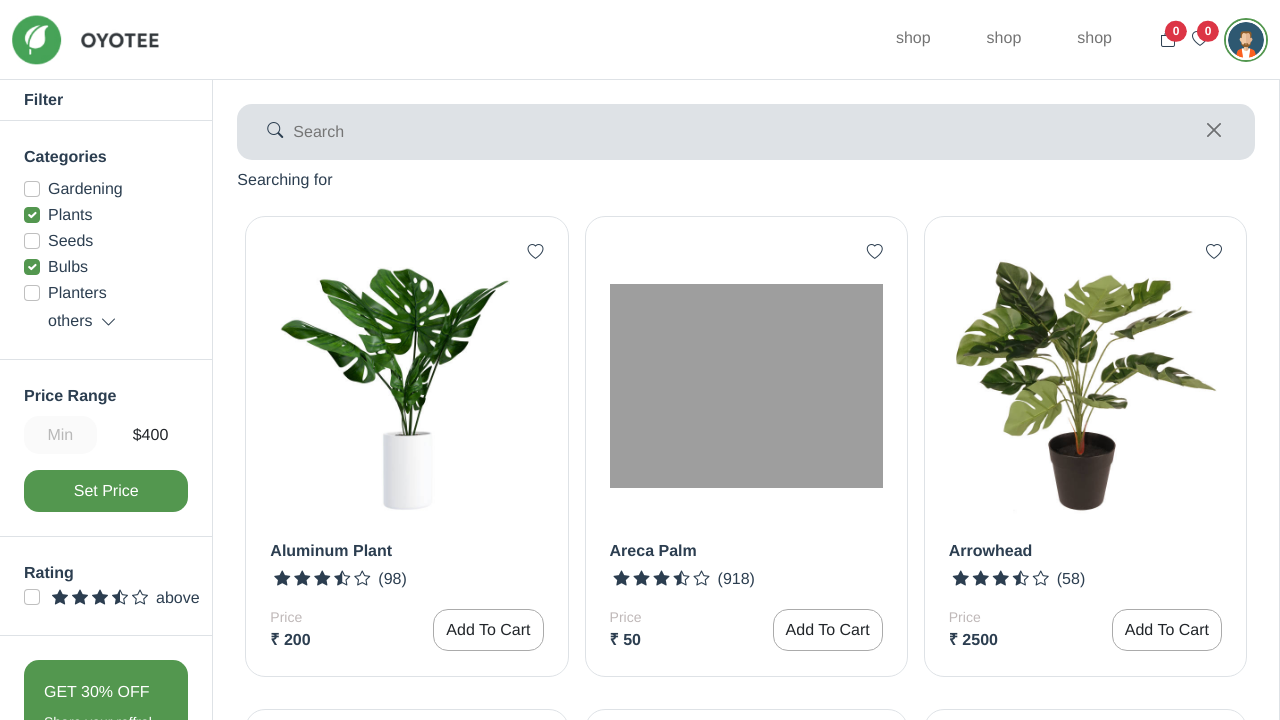
Repository: arpitaWebD/PlantShopping
Page: /
These files come from the project's save history. The page is drawn as it stood at one moment and after the next save; the edit follows.
The browser window is 1280 px wide. The pictures show the whole page.
Pictures or frames that could not be fetched are drawn as grey boxes. An inner scrolling area shows only its first screen. Some web libraries are served in a nearby version. The project was rebuilt for these pictures with package versions that can differ from the ones it lists, and the page was loaded fresh each time. Also part of the build but not shown: src/components/ProductPreview.vue, src/views/AddToCart.vue, src/views/WishList.vue, src/components/Login.vue.

Above is the page before, as saved 2022-01-24 15:24:16.

### index.html
<!DOCTYPE html>
<html lang="en">
<head>
  <meta charset="UTF-8">
  <link rel="icon" href="/favicon.ico" />
  <meta name="viewport" content="width=device-width, initial-scale=1.0">
  <!-- bootstrap -->
  <link href="https://cdn.jsdelivr.net/npm/bootstrap@5.1.3/dist/css/bootstrap.min.css" rel="stylesheet"
    integrity="sha384-1BmE4kWBq78iYhFldvKuhfTAU6auU8tT94WrHftjDbrCEXSU1oBoqyl2QvZ6jIW3" crossorigin="anonymous" />
  <!--icons -->
  <link rel="stylesheet" href="https://cdn.jsdelivr.net/npm/bootstrap-icons@1.7.1/font/bootstrap-icons.css" />
  <link rel="stylesheet" href="./src/index.css">
  <title>Vite App</title>
</head>
<body>
  <div id="app"></div>
  <script src="https://cdn.jsdelivr.net/npm/bootstrap@5.0.2/dist/js/bootstrap.bundle.min.js"
    integrity="sha384-MrcW6ZMFYlzcLA8Nl+NtUVF0sA7MsXsP1UyJoMp4YLEuNSfAP+JcXn/tWtIaxVXM" crossorigin="anonymous"></script>
  <script type="module" src="/src/main.js"></script>
</body>
</html>

### src/index.css
#app {
  font-family: Avenir, Helvetica, Arial, sans-serif;
  -webkit-font-smoothing: antialiased;
  -moz-osx-font-smoothing: grayscale;
  color: #2c3e50;
  height: 100vh;
}

body {
  margin: 0;
  height: 100vh;
}

/* color code */
:root {
  --green: #175b19;
  --secondary-color: #ffc327;
  --light-gray: #f6f6f6;
  --dark-gray: #485853;
  --primary-color: #53974f;
  --dark-green: #08220e;
  --light-green: #abb3a3;
  --brown: #957f65;
}

a {
  text-decoration: none;
  color: #2c3e50;
}

.primary-btn {
  width: 100%;
  border-radius: 15px;
  color: #fff;
  background: #53974f;
  line-height: 1;
  height: 42px;
  text-transform: capitalize;
  display: flex;
  justify-content: center;
  align-items: center;
}

.primary-btn:hover {
  color: #fff;
}

.primary-btn.yellow-btn {
  background: #ffc327;
  color: var(--dark-gray);
}

.secondary-btn {
  width: 100%;
  border-radius: 15px;
  border: 1px solid #ababab;
  line-height: 1;
  height: 42px;
  text-transform: capitalize;
  display: flex;
  justify-content: center;
  align-items: center;
  cursor: pointer;
  font-weight: 500;
}

.secondary-btn:hover,
.secondary-btn.active {
  color: #fff;
  background: #53974f;
}

.secondary-btn:hover a,
.secondary-btn.active a {
  color: #fff;
}

.btn-check:focus+.btn,
.btn:focus {
  box-shadow: none;
}

.form-check-input:checked {
  background-color: #53974f;
  border-color: #53974f;
}

.form-check-input:checked+.form-check-label {
  font-weight: 500;
}

input:focus {
  outline: 0;
}

/* header */
.header {
  height: 80px;
}

.header .logo {
  height: 50px;
}

.n-links li {
  color: #ababab;
  height: 100%;
  display: flex;
  align-items: center;
  margin-right: 40px;
  cursor: pointer;
  border-bottom: 3px solid transparent;
}

.n-links li.active {
  color: #000;
  border-bottom: 3px solid #53974f;
}

.cart-icon {
  position: relative;
  cursor: pointer;
}

.cart-icon .cart-badge {
  position: absolute;
  background: #dc3545;
  color: #fff;
  border-radius: 100%;
  height: 17px;
  width: 17px;
  font-size: 10px;
  display: flex;
  align-items: center;
  justify-content: center;
  right: -5px;
  bottom: 0;
  border: 2px solid #fff;
}

.avatar-icon {
  border: 2px solid #53974f;
  border-radius: 100%;
}

.avatar-icon img {
  border: 2px solid #fff;
  border-radius: 100%;
}

/* left sidebar */
.left-sidebar .left-sidebar-header {
  text-transform: capitalize;
  font-weight: 600;
  text-align: left;
  display: block;
}

.disable-btn {
  background: #fafafa;
  border-radius: 15px;
  display: flex;
  justify-content: center;
  align-items: center;
  text-transform: capitalize;
  color: #b8b8b8;
}

.discount-card {
  background-color: #53974f;
  border-radius: 15px;
  padding: 20px;
  color: #fff;
}

.discount-card .title {
  font-weight: 500;
  text-transform: uppercase;
}

.sub-title {
  font-size: 14px;
}

/* main */
.search-icon {
  border-radius: 15px;
  background: #dee2e6;
  padding: 15px 30px;
}

.search-icon-round {
  border-radius: 15px 15px 0 0;
}

.search-icon input {
  background-color: transparent;
}

.product-card {
  border: 1px solid #ababab;
  border-radius: 20px;
  position: relative;
  background-color: #fff;
  cursor: pointer;
}

.product-card img {
  height: 290px;
  width: 100%;
  object-fit: contain;
}

.add-product img {
  height: 90px;
}

.product-card .img-section {
  position: relative;
}

.product-card .img-section .like-icon {
  position: absolute;
  right: 0;
  top: 0;
}

.like-icon {
  cursor: pointer
}

.product-card .price-name {
  color: #bfb8b8;
  font-size: 14px;
}

/* right0sidebar */
.right-sidebar {
  position: relative;
  height: 100%;
}

.rs-footer {
  position: absolute;
  bottom: 0;
  width: calc(100% - 3rem);
  background: #fff;
}

.right-sidebar .main-title {
  font-size: 22px;
  font-weight: 500;
  text-transform: capitalize;
  white-space: nowrap;
  overflow: hidden;
  text-overflow: ellipsis;
}
.right-sidebar .img-section {
  height: 200px;
}
.right-sidebar .main-subtitle {
  font-size: 14px;
  color: #ababb8;
  line-height: 16px;
  white-space: nowrap;
  overflow: hidden;
  text-overflow: ellipsis;
}

.tab {
  text-transform: capitalize;
  text-align: center;
  border-bottom: 3px solid transparent;
  cursor: pointer;
  padding-bottom: 10px;
}

.tab-active {
  border-bottom: 3px solid #53974f;
}

.rs-img-section {
  position: relative;
}

.rs-close {
  right: 0;
  top: 10px;
  background: #fafafa;
  height: 30px;
  width: 30px;
  border-radius: 7px;
  display: flex;
  justify-content: center;
  align-items: center;
  position: absolute;
  cursor: pointer;
}

.rs-slider .rs-slider-img {
  height: 50px;
  width: 50px;
  display: flex;
  align-items: center;
  justify-content: center;
  justify-content: space-between;
  border-radius: 10px;
}

.rs-slider-img img {
  object-fit: cover;
  height: 100%;
  width: 100%;
  border-radius: 10px;
}

.hidden {
  display: none;
}

.modal-new {
  left: 50%;
  top: 50%;
  z-index: 2;
  background: #fff;
  transform: translate(-50%, -50%);
  padding: 30px;
  border-radius: 30px;
  position: absolute;
}

.overlay {
  width: 100vw;
  height: 100vh;
  background: #0a0a0a9c;
  z-index: 1;
  position: absolute;
  inset: 0;
}

.close-modal {
  border: none;
  background: transparent;
  position: absolute;
  right: 10px;
  font-size: 50px;
  top: -10px;
}

.search-menu {
  position: relative;
}

.search-dropdown {
  position: absolute;
  background: #fff;
  width: 100%;
  z-index: 1;
}

.search-dropdown ul li {
  padding: 10px;
  cursor: pointer;
}

.search-dropdown ul li:hover {
  background: #e1e1e1;
}

.search-dropdown ul li:not(:last-child) {
  border-bottom: 1px solid #dee2e6;
}

.search-dropdown ul li:last-child {
  border-radius: 0 0 15px 15px;
}

.search-dropdown ul {
  box-shadow: 0 4px 5px #0000006b;
  border-radius: 0 0 15px 15px;
}

.product-detail {
  height: calc(100% - 100px);
  overflow: auto;
}

.addCart-card {
  height: calc(100% - 80px);
  overflow: hidden;
}

.fav-icon {
  color: #dc3545;
}

@media screen and (max-width: 767px) {
  .product-card img {
    height: 290px;
    width: 100%;
    max-height: 200px;
    max-width: 100%;
    object-fit: contain;
  }

  img.logo {
    height: 48px;
  }

  .navbar-collapse {
    position: absolute;
    top: 80px;
    left: 0px;
    width: 100%;
    background: rgb(248, 249, 250);
    z-index: 1;
    box-shadow: rgba(50, 50, 93, 0.25) 0px 6px 12px -2px, rgba(0, 0, 0, 0.3) 0px 3px 7px -3px;
  }

  .addCart-card img {
    width: 100%;
  }
}

### src/App.vue
<template>
  <Navbar />
  <router-view />
</template>

<script>
import Navbar from "./components/Navbar.vue";
export default {
  components: {
    Navbar,
  },
};
</script>

### src/router.js

import { createRouter, createWebHistory } from "vue-router";
import Home from "./views/Home.vue";
import AddCart from "./views/AddToCart.vue";
import WishList from "./views/WishList.vue";
import Login from "./components/Login.vue";

const routes = [
    {
        path: "/",
        name: "Home",
        component: Home
    },
    {
        path: "/AddCart",
        name: "AddCart",
        component: AddCart
    },
    {
        path: "/WishList",
        name: "WishList",
        component: WishList
    },
    {
        path: "/login",
        name: "login",
        component: Login
    },
]
const router = createRouter({

    history: createWebHistory(),
    routes
});
export default router

### src/components/Navbar.vue
<template>
  <nav class="navbar navbar-expand-md navbar-light border-bottom header">
    <div class="container-fluid">
      <a class="navbar-brand" href="#">
        <router-link :to="{ name: 'Home' }">
          <img src="../assets/logo.png" alt="logo" class="logo" />
        </router-link>
      </a>
      <button
        class="navbar-toggler"
        type="button"
        data-bs-toggle="collapse"
        data-bs-target="#navbarNavAltMarkup"
      >
        <span class="navbar-toggler-icon"></span>
      </button>
      <div
        class="collapse navbar-collapse justify-content-md-end justify-content-center"
        id="navbarNavAltMarkup"
      >
        <div class="navbar-nav">
          <ul
            class="d-flex flex-column flex-md-row list-unstyled mb-0 h-100 align-items-center n-links"
          >
            <li class="nav-link">shop</li>
            <li class="nav-link">shop</li>
            <li class="nav-link">shop</li>
          </ul>
        </div>
        <div class="d-flex justify-content-center align-items-center">
          <div class="dropdown">
            <router-link :to="{ name: 'AddCart' }">
              <div class="me-3 cart-icon">
                <i class="bi bi-bag fa-2x"></i>
                <span
                  class="position-absolute bottom-0 start-100 translate-middle badge rounded-pill bg-danger"
                  >{{ cart.length }}</span
                >
              </div>
            </router-link>
          </div>
          <div class="me-3">
            <router-link :to="{ name: 'WishList' }">
              <div class="cart-icon">
                <i class="bi bi-heart fa-2x"></i>
                <span
                  class="position-absolute bottom-0 start-100 translate-middle badge rounded-pill bg-danger"
                  >{{ wishList.length }}</span
                >
              </div>
            </router-link>
          </div>
          <div class="avatar-icon">
            <img src="../assets/avatar.png" alt="avatar" width="40" />
          </div>
        </div>
      </div>
    </div>
  </nav>
</template>

<script>
import { mapState, mapMutations } from "vuex";
export default {
  computed: {
    ...mapState(["products", "cart", "wishList"]),
  },
};
</script>

### src/views/Home.vue
<template>
  <div class="addCart-card row p-0 m-0 flex-grow-1 main">
    <!-- <Login /> -->
    <LeftSidebar />
    <ProductView />
  </div>
</template>

<script>
import ProductView from "../views/ProductView.vue";
import LeftSidebar from "../views/LeftSidebar.vue";
// import Login from "../components/Login.vue";
export default {
  name: "Home",
  components: {
    ProductView,
    LeftSidebar,
  },
};
</script>

### src/views/ProductView.vue
<template>
  <div class="col-lg-9 col-xl-10 col-md-8 p-0 h-100">
    <div class="row m-0 h-100">
      <div
        class="border-end p-4 h-100 overflow-auto"
        :class="[showPreview ? 'col-md-7 col-lg-8' : 'col-lg-12 col-md-12']"
      >
        <Search :searchItem="searchItem" />
        Searching for <b>{{ search }}</b>
        <div v-if="filterProduct.length">
          <div class="row g-3 m-0">
            <div
              class="col-sm-12"
              :class="[
                showPreview
                  ? 'col-md-12 col-xl-6 col-xxl-4'
                  : 'col-md-6 col-lg-4',
              ]"
              v-for="(product, index) in filterProduct"
              :key="index"
            >
              <Product :products="product" />
            </div>
          </div>
        </div>
        <div v-else class="d-flex justify-content-center">
          <img src="../assets/no-result.png" />
        </div>
      </div>
      <div class="col-md-5 col-lg-4 p-0" v-show="showPreview">
        <ProductPreview
          v-for="productPreview in productPreviews"
          :key="productPreview.id"
          :productPreviews="productPreview"
        />
      </div>
    </div>
  </div>
</template>

<script>
import Product from "../components/Product.vue";
import ProductPreview from "../components/ProductPreview.vue";
import Search from "../components/Search.vue";
import { mapMutations, mapState, mapGetters } from "vuex";
export default {
  components: {
    Product,
    ProductPreview,
    Search,
  },
  data() {
    return {
      search: "",
    };
  },
  computed: {
    ...mapState(["products", "showPreview", "productPreviews"]),
    ...mapGetters(["getProduct"]),

    filterProduct() {
      return this.products.filter((product) => {
        var productName = product.name.toLowerCase();
        var searchName = this.search.toLowerCase();
        return productName.includes(searchName);
      });
    },
  },
  methods: {
    ...mapMutations(["productPreview"]),
    searchItem(search) {
      this.search = search;
      console.log(search);
      return search;
    },
  },
};
</script>

### src/views/LeftSidebar.vue
<template>
  <div class="col-md-4 col-lg-3 col-xl-2 p-0 border-end left-sidebar h-100">
    <div class="border-bottom px-4 py-2">
      <span class="left-sidebar-header">filter</span>
    </div>
    <div class="border-bottom p-4">
      <span class="left-sidebar-header">categories</span>
      <div class="mt-2">
        <div>
          <div class="form-check">
            <input
              class="form-check-input"
              type="checkbox"
              value=""
              id="flexCheckDefault"
            />
            <label class="form-check-label" for="flexCheckDefault">
              Gardening
            </label>
          </div>
          <div class="form-check">
            <input
              class="form-check-input"
              type="checkbox"
              value=""
              id="flexCheckChecked"
              checked
            />
            <label class="form-check-label" for="flexCheckChecked">
              Plants
            </label>
          </div>
          <div class="form-check">
            <input
              class="form-check-input"
              type="checkbox"
              value=""
              id="flexCheckDefault1"
            />
            <label class="form-check-label" for="flexCheckDefault1">
              Seeds
            </label>
          </div>
          <div class="form-check">
            <input
              class="form-check-input"
              type="checkbox"
              value=""
              id="flexCheckChecked2"
              checked
            />
            <label class="form-check-label" for="flexCheckChecked2">
              Bulbs
            </label>
          </div>

          <div class="form-check">
            <input
              class="form-check-input"
              type="checkbox"
              value=""
              id="flexCheckDefault3"
            />
            <label class="form-check-label" for="flexCheckDefault3">
              Planters
            </label>
          </div>
        </div>
        <div class="d-flex align-items-center ms-4">
          <span>others</span>
          <span class="d-flex mt-1 ms-2"
            ><i class="bi bi-chevron-down"></i
          ></span>
        </div>
      </div>
    </div>
    <div class="border-bottom p-4">
      <span class="left-sidebar-header">Price range</span>
      <div class="mt-2 d-flex mb-3">
        <div class="w-50 me-3 disable-btn">min</div>
        <div class="w-50 btn secoudary-btn">$400</div>
      </div>
      <div>
        <button class="btn primary-btn" type="button">set price</button>
      </div>
    </div>
    <div class="border-bottom p-4">
      <span class="left-sidebar-header">Rating</span>
      <div class="d-flex align-items-center">
        <div class="form-check">
          <input
            class="form-check-input"
            type="checkbox"
            value=""
            id="flexCheckDefault"
          />
        </div>
        <div class="d-flex">
          <span class="ms-1"><i class="bi bi-star-fill"></i></span>
          <span class="ms-1"><i class="bi bi-star-fill"></i></span>
          <span class="ms-1"><i class="bi bi-star-fill"></i></span>
          <span class="ms-1"><i class="bi bi-star-half"></i></span>
          <span class="ms-1"><i class="bi bi-star"></i></span>
        </div>
        <div class="ms-2">above</div>
      </div>
    </div>
    <div class="p-4">
      <div class="discount-card d-flex flex-column">
        <span class="title">Get 30% off</span>
        <span class="sub-title my-2">
          Share your reffral code and get discount!
        </span>
        <button class="btn primary-btn yellow-btn" type="button">share</button>
      </div>
    </div>
  </div>
</template>

<script>
export default {};
</script>

<style></style>

### src/components/Product.vue
<template>
  <div class="product-card p-4 border my-2">
    <div class="img-section text-center">
      <img
        :src="products.url"
        alt="product img"
        @click="productPreview(products)"
      />
      <div class="like-icon" @click="addToWishlist(products)">
        <i
          class="bi"
          :class="[
            !products.likeProductq ? 'bi-heart' : 'bi-heart-fill fav-icon',
          ]"
        ></i>
      </div>
    </div>
    <div class="mt-2">
      <div class="text-start fw-bold">
        {{ products.name }}
      </div>
      <div class="d-flex mt-1">
        <div class="d-flex">
          <span class="ms-1"><i class="bi bi-star-fill"></i></span>
          <span class="ms-1"><i class="bi bi-star-fill"></i></span>
          <span class="ms-1"><i class="bi bi-star-fill"></i></span>
          <span class="ms-1"><i class="bi bi-star-half"></i></span>
          <span class="ms-1"><i class="bi bi-star"></i></span>
        </div>
        <span class="ms-2">({{ products.reviewCount }})</span>
      </div>
    </div>
    <div class="d-flex align-items-center justify-content-between mt-3">
      <div class="d-flex flex-column">
        <span class="price-name">Price</span>
        <span
          ><b>₹ {{ products.price }}</b></span
        >
      </div>
      <div>
        <button
          class="btn secondary-btn"
          type="button"
          @click="addToCart(products)"
        >
          Add to cart
        </button>
      </div>
    </div>
  </div>
</template>

<script>
import { mapState, mapMutations } from "vuex";
export default {
  computed: {
    ...mapState(["products", "cart", "wishList", "wishlistProductt"]),
  },
  methods: {
    ...mapMutations([
      "addToCart",
      "likeProduct",
      "addToWishlist",
      "productPreview",
    ]),
  },
  props: ["products"],
};
</script>

### src/components/Search.vue
<template>
  <div class="search-menu mb-2">
    <div class="d-flex search-icon" :class="{ 'search-icon-round': modal }">
      <span class="me-2"><i class="bi bi-search"></i></span>
      <input
        type="text"
        placeholder="Search"
        v-model="search"
        class="flex-grow-1 border-0"
        @input="searchItem(search)"
        @focus="modal = true"
      />
      <button
        type="button"
        class="btn-close btn-sm btn"
        aria-label="Close"
        @click="close()"
      ></button>
    </div>
  </div>
</template>

<script>
export default {
  data() {
    return {
      search: "",
    };
  },
  props: {
    searchItem: Function,
  },
};
</script>

Loaded but not shown: src/main.js (207 lines, source omitted)

After the next save:
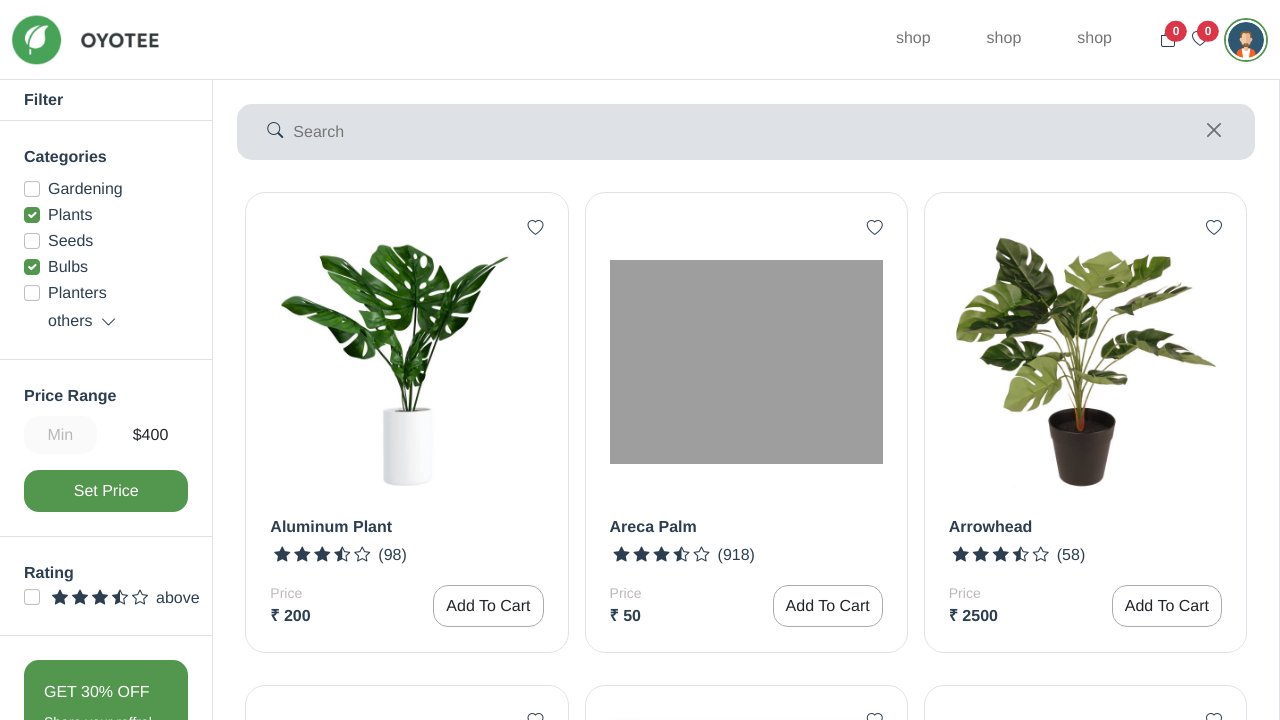
Saved 37 s later.
--- a/src/views/ProductView.vue
+++ b/src/views/ProductView.vue
@@ -6,7 +6,9 @@
         :class="[showPreview ? 'col-md-7 col-lg-8' : 'col-lg-12 col-md-12']"
       >
         <Search :searchItem="searchItem" />
-        Searching for <b>{{ search }}</b>
+        <div v-if="search.length > 0">
+          Searching for <b>{{ search }}</b>
+        </div>
         <div v-if="filterProduct.length">
           <div class="row g-3 m-0">
             <div
